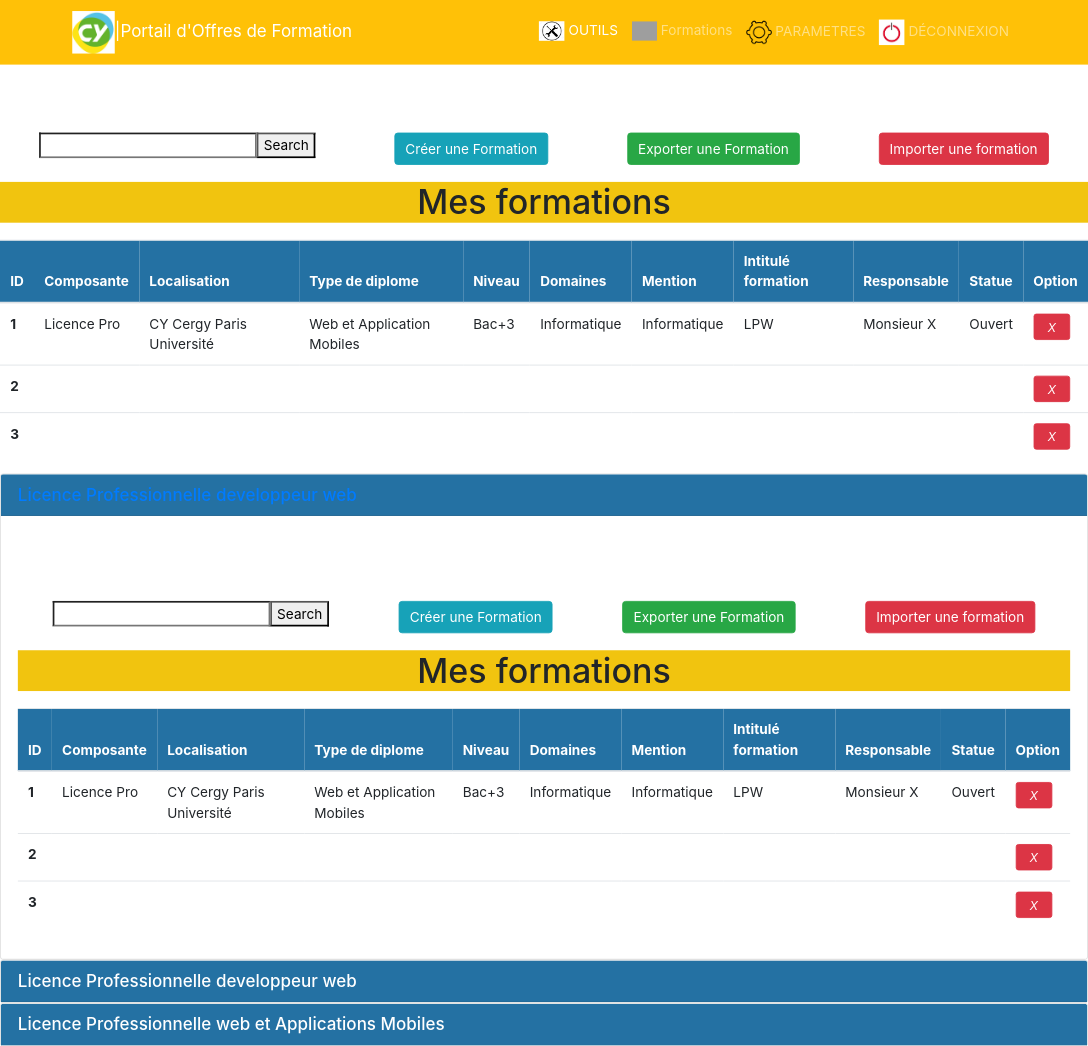
Repository: BaldeThierno1990/Projet-1-formation-tableau-generique-vue-export
Page: / (app in mcc/)
The author's editor kept a copy of each file at every save. The page is drawn from the files as they stood at one save, then again after the next save.
The browser window is 1280 px wide. The pictures show the whole page, at 85% of full size.
Pictures or frames that could not be fetched are drawn as grey boxes. The project was rebuilt for these pictures with package versions that can differ from the ones it lists, and the page was loaded fresh each time.

Above is the page before, as saved 2021-03-22 14:52:55.

After the next save:
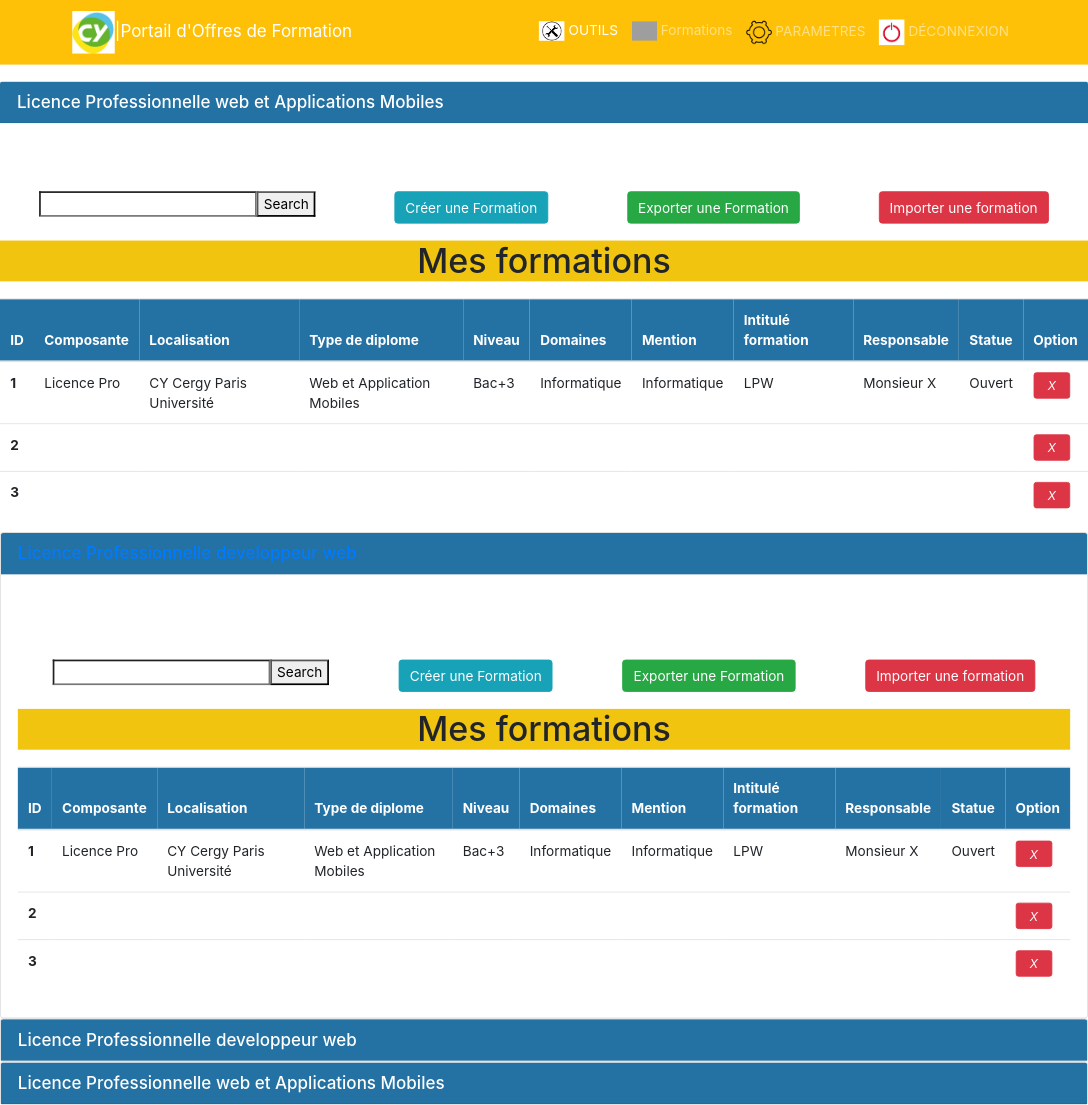
Saved 35 s later.
--- a/mcc/src/components/tableau/Vtableau.vue
+++ b/mcc/src/components/tableau/Vtableau.vue
@@ -1,5 +1,15 @@
 <template>
+
 <div class="table">
+
+ <div class="card-header" role="tab" id="heading">
+     <h5 class="mb-0">
+        <a class="collapsed" data-toggle="collapse" href="#collapseThree" aria-expanded="false" aria-controls="collapse">
+    Licence Professionnelle web et Applications Mobiles
+        </a>
+      </h5>
+     </div>
+
     <div class="parent">
         <div class="formation">
          <input type="search" id="site-search" name="q"
